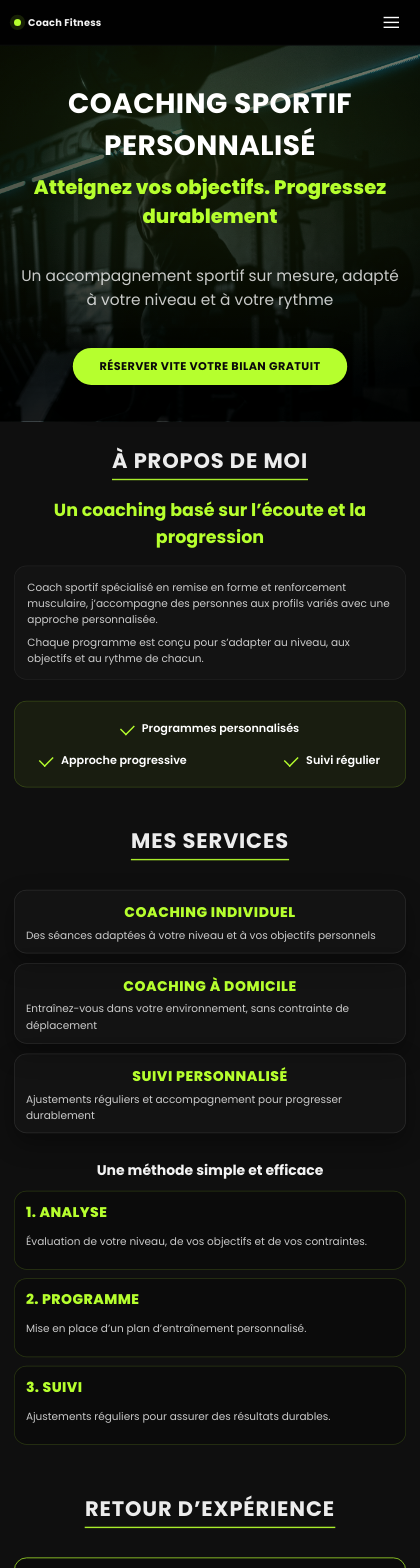
Repository: ThomasHdrd/CoachFitness
Page: index.html
The author's editor kept a copy of each file at every save. The page is drawn from the files as they stood at one save, then again after a run of saves.
The browser window is 600 px wide. The pictures show the part of the page from y = 0 to 2240 px (the page is 4085 px tall before and 4010 px after), at 70% of full size.

Above is the page before, as saved 2026-01-20 23:11:16.

### index.html
<!doctype html>
<html lang="fr">
<head>
  <meta charset="utf-8" />
  <meta name="viewport" content="width=device-width, initial-scale=1" />
  <title>Coach Fitness — Landing Page</title>

  <!-- Poppins -->
  <link rel="preconnect" href="https://fonts.googleapis.com">
  <link rel="preconnect" href="https://fonts.gstatic.com" crossorigin>
  <link href="https://fonts.googleapis.com/css2?family=Poppins:wght@300;400;500;600;700;800&display=swap" rel="stylesheet">

  <link rel="stylesheet" href="styles.css" />
</head>
<body>
  <!-- Header -->
  <header class="site-header" id="top">
    <div class="container header-inner">
      <a class="brand" href="#top" aria-label="Retour en haut">
        <span class="brand-dot" aria-hidden="true"></span>
        <span class="brand-text">Coach Fitness</span>
      </a>

      <button class="nav-toggle" aria-controls="site-nav" aria-expanded="false">
        <span class="sr-only">Ouvrir le menu</span>
        <span class="burger" aria-hidden="true"></span>
      </button>

      <nav class="site-nav" id="site-nav" aria-label="Navigation principale">
        <a class="nav-link" href="#accueil">Accueil</a>
        <a class="nav-link" href="#apropos">A propos</a>
        <a class="nav-link" href="#services">Services</a>
        <a class="nav-link" href="#avis">Avis</a>
        <a class="nav-link nav-cta" href="#contact">Contact</a>
      </nav>
    </div>
  </header>

  <main>
    <!-- HERO -->
    <section class="hero" id="accueil">
      <div class="hero-overlay" aria-hidden="true"></div>
      <div class="container hero-content">
        <p class="hero-kicker">Coaching sportif personnalisé</p>
        <h1 class="hero-title accent">Atteignez vos objectifs. Progressez durablement</h1>
        <p class="hero-subtitle">
          Un accompagnement sportif sur mesure, adapté à votre niveau et à votre rythme
        </p>
        <a class="btn btn-primary" href="#contact">RÉSERVER VITE VOTRE BILAN GRATUIT</a>
      </div>
    </section>

    <!-- A PROPOS -->
    <section class="section" id="apropos">
      <div class="container">
        <div class="section-title-wrapper">
            <h2 class="section-title">À propos de moi</h2>
        </div>
        <h3 class="section-lead accent">Un coaching basé sur l’écoute et la progression</h3>

        <div class="about-grid">
          <div class="about-text">
            <p class="muted">
              Coach sportif spécialisé en remise en forme et renforcement musculaire, j’accompagne des personnes aux profils variés
              avec une approche personnalisée.
            </p>
            <p class="muted">
              Chaque programme est conçu pour s’adapter au niveau, aux objectifs et au rythme de chacun.
            </p>
          </div>
        </div>
        <div class="about-list">
            <ul class="checks">
                <li>Programmes personnalisés</li>
                <li>Approche progressive</li>
                <li>Suivi régulier</li>
            </ul>
        </div>
      </div>
    </section>

    <!-- SERVICES -->
    <section class="section" id="services">
      <div class="container">
        <div class="section-title-wrapper">
            <h2 class="section-title">Mes services</h2>
        </div>

        <div class="cards">
          <article class="card">
            <h3 class="card-title accent">COACHING INDIVIDUEL</h3>
            <p class="card-text">Des séances adaptées à votre niveau et à vos objectifs personnels</p>
          </article>

          <article class="card">
            <h3 class="card-title accent">COACHING À DOMICILE</h3>
            <p class="card-text">Entraînez-vous dans votre environnement, sans contrainte de déplacement</p>
          </article>

          <article class="card">
            <h3 class="card-title accent">SUIVI PERSONNALISÉ</h3>
            <p class="card-text">Ajustements réguliers et accompagnement pour progresser durablement</p>
          </article>
        </div>

        <div class="method">
          <h3 class="method-title">Une méthode simple et efficace</h3>

          <div class="method-steps">
            <div class="step">
              <div class="step-num accent">1. ANALYSE</div>
              <p class="muted">Évaluation de votre niveau, de vos objectifs et de vos contraintes.</p>
            </div>
            <div class="step">
              <div class="step-num accent">2. PROGRAMME</div>
              <p class="muted">Mise en place d’un plan d’entraînement personnalisé.</p>
            </div>
            <div class="step">
              <div class="step-num accent">3. SUIVI</div>
              <p class="muted">Ajustements réguliers pour assurer des résultats durables.</p>
            </div>
          </div>
        </div>
      </div>
    </section>

    <!-- AVIS -->
    <section class="section" id="avis">
      <div class="container">
        <div class="section-title-wrapper">
            <h2 class="section-title">RETOUR D’EXPÉRIENCE</h2>
        </div>

        <div class="testimonials">
          <figure class="testimonial">
            <blockquote>
              “Un coaching structuré et motivant, avec une vraie progression dans le temps.”
            </blockquote>
            <figcaption>
              <span class="name">Elisa</span>
              <span class="meta">28 ans</span>
            </figcaption>
          </figure>

          <figure class="testimonial">
            <blockquote>
              “Approche sérieuse et adaptée, idéale pour reprendre le sport efficacement.”
            </blockquote>
            <figcaption>
              <span class="name">Laurent</span>
              <span class="meta">47 ans</span>
            </figcaption>
          </figure>
        </div>
      </div>
    </section>

    <!-- CONTACT -->
    <section class="section" id="contact">
      <div class="container">
        <div class="section-title-wrapper">
            <h2 class="section-title">CONTACTEZ-MOI</h2>
        </div>
        <p class="contact-text">
          Vous souhaitez démarrer un accompagnement ou poser une question ? N’hésitez pas à me contacter.
        </p>

        <form class="form" id="contactForm" novalidate>
          <div class="field">
            <label for="nom">Nom</label>
            <input id="nom" name="nom" type="text" autocomplete="family-name" required />
            <small class="error" data-error-for="nom"></small>
          </div>

          <div class="field">
            <label for="prenom">Prénom</label>
            <input id="prenom" name="prenom" type="text" autocomplete="given-name" required />
            <small class="error" data-error-for="prenom"></small>
          </div>

          <div class="field">
            <label for="email">Email</label>
            <input id="email" name="email" type="email" autocomplete="email" required />
            <small class="error" data-error-for="email"></small>
          </div>

          <div class="field">
            <label for="message">Message</label>
            <textarea id="message" name="message" rows="5" required></textarea>
            <small class="error" data-error-for="message"></small>
          </div>

          <button class="btn btn-primary btn-wide" type="submit">ENVOYER</button>
          <p class="form-note muted" id="formStatus" role="status" aria-live="polite"></p>
        </form>
      </div>
    </section>

    <!-- FAQ -->
    <section class="section" id="faq">
      <div class="container">
        <div class="section-title-wrapper">
            <h2 class="section-title">QUESTIONS FRÉQUENTES</h2>
        </div>

        <div class="faq">
          <details class="faq-item" open>
            <summary>À qui s’adresse le coaching ?</summary>
            <div class="faq-body muted">
              Le coaching s’adresse à toute personne souhaitant reprendre le sport, améliorer sa condition physique ou atteindre un objectif précis
              (remise en forme, renforcement musculaire, perte de poids, bien-être). Les programmes sont adaptés au niveau, au rythme et aux contraintes de chacun.
            </div>
          </details>

          <details class="faq-item">
            <summary>Faut-il déjà être sportif pour commencer ?</summary>
            <div class="faq-body muted">
              Non. Le coaching s’adapte à votre niveau actuel. La progression est construite étape par étape, avec une intensité ajustée.
            </div>
          </details>

          <details class="faq-item">
            <summary>Comment se déroule le suivi ?</summary>
            <div class="faq-body muted">
              Après une analyse de votre situation, un programme personnalisé est mis en place puis ajusté régulièrement selon vos retours et votre progression.
            </div>
          </details>

          <details class="faq-item">
            <summary>Le coaching se fait-il à domicile ou en salle ?</summary>
            <div class="faq-body muted">
              Les deux sont possibles. Le format dépend de vos préférences, de votre matériel et de vos contraintes de planning.
            </div>
          </details>

          <details class="faq-item">
            <summary>Le premier échange est-il gratuit ?</summary>
            <div class="faq-body muted">
              Oui. Le premier échange permet de comprendre votre besoin et de déterminer l’accompagnement le plus adapté, sans engagement.
            </div>
          </details>
        </div>
      </div>
    </section>
  </main>

  <!-- Footer -->
  <footer class="site-footer">
    <div class="container footer-inner">
      <p class="footer-tag muted">Coaching personnalisé • Progression durable • Bien-être</p>
      <p class="footer-copy muted">© 2026 Coach Sportif Indépendant • Tous droits réservés.</p>
    </div>
  </footer>

  <script src="app.js" defer></script>
</body>
</html>

### styles.css
:root{
  --bg: #0F0F0F;            /* demandé */
  --bar: rgba(0,0,0,.90);   /* header/footer */
  --accent: #B6FF2E;        /* demandé */
  --text: #FFFFFF;
  --muted: rgba(255,255,255,.78);
  --muted2: rgba(255,255,255,.62);
  --line: rgba(182,255,46,.38);
  --card: rgba(255,255,255,.04);
  --shadow: 0 16px 40px rgba(0,0,0,.45);
  --radius: 14px;
  --radius-lg: 18px;
  --max: 1300px;
}

*{ box-sizing: border-box; }
html{ scroll-behavior: smooth; }
body{
  margin:0;
  font-family: "Poppins", system-ui, -apple-system, Segoe UI, Roboto, Arial, sans-serif;
  background: var(--bg);
  color: var(--text);
}

.container{
  width:min(100% - 40px, var(--max));
  margin-inline:auto;
}

.sr-only{
  position:absolute;
  width:1px;height:1px;
  padding:0;margin:-1px;
  overflow:hidden;clip:rect(0,0,0,0);
  white-space:nowrap;border:0;
}

/* Header */
.site-header{
  position: sticky;
  top: 0;
  z-index: 50;
  background: var(--bar);
  backdrop-filter: blur(8px);
  border-bottom: 1px solid rgba(255,255,255,.06);
}

.header-inner{
  height: 64px;
  display:flex;
  align-items:center;
  justify-content:space-between;
  gap: 14px;
}

.brand{
  display:flex;
  align-items:center;
  gap:10px;
  text-decoration:none;
  color: var(--text);
  font-weight: 700;
  letter-spacing:.3px;
}
.brand-dot{
  width:10px;height:10px;
  border-radius:999px;
  background: var(--accent);
  box-shadow: 0 0 0 6px rgba(182,255,46,.12);
}
.brand-text{ font-size: 14px; opacity:.95; }

.site-nav{
  display:flex;
  align-items:center;
  gap: 18px;
}
.nav-link{
  color: var(--text);
  text-decoration:none;
  font-size: 13px;
  opacity: .88;
  transition: opacity .2s ease, color .2s ease;
  padding: 10px 6px;
}
.nav-link:hover{ opacity:1; color: var(--accent); }

.nav-cta{
  border: 1px solid rgba(182,255,46,.45);
  border-radius: 999px;
  padding: 10px 14px;
}
.nav-cta:hover{
  background: rgba(182,255,46,.10);
}

/* Mobile nav */
.nav-toggle{
  display:none;
  border:0;
  background: transparent;
  color: var(--text);
  padding: 10px;
  border-radius: 10px;
}
.nav-toggle:hover{ background: rgba(255,255,255,.06); }
.burger{
  width: 22px; height: 2px;
  display:block;
  background: var(--text);
  position: relative;
}
.burger::before,.burger::after{
  content:"";
  position:absolute;
  left:0;
  width:22px;height:2px;
  background: var(--text);
}
.burger::before{ top:-7px; }
.burger::after{ top:7px; }

/* Hero */
.hero{
  position: relative;
  min-height: 50vh;
  display:flex;
  align-items:center;
  padding: 52px 0;
  background:
    linear-gradient(180deg, rgba(0,0,0,.55), rgba(0,0,0,.88)),
    url("assets/hero.jpg") center/cover no-repeat;
  background-position: center 30%;
}
.hero-overlay{
  position:absolute;
  inset:0;
  background: radial-gradient(1200px 600px at 50% 25%, rgba(182,255,46,.10), transparent 60%);
  pointer-events:none;
}
.hero-content{
  position:relative;
  text-align:center;
}
.hero-kicker{
  margin:0 0 10px;
  font-size: 50px;
  letter-spacing: .6px;
  text-transform: uppercase;
  font-weight: bold;
}
.hero-title{
  margin: 0 auto;
  margin:0 0 10px;
}
.hero-title {
  font-size: 35px;
  display:block;
  color: var(--accent);
  font-weight: 800;
  text-transform:none;
  margin-top: 8px;
}
.hero-subtitle{
  margin: 16px auto 22px;
  padding-top: 30px;
  color: var(--muted);
  font-size: 22px;
  line-height: 1.55;
  padding-bottom: 30px;
}

/* Buttons */
.btn{
  display:inline-flex;
  align-items:center;
  justify-content:center;
  gap:10px;
  text-decoration:none;
  border: 0;
  cursor:pointer;
  font-weight: 700;
  letter-spacing: .6px;
  text-transform: uppercase;
  border-radius: 999px;
  padding: 14px 18px;
  box-shadow: var(--shadow);
}
.btn-primary{
  background: var(--accent);
  color: #0A0A0A;
  width: 70%;
}
.btn-primary:hover{
  background: transparent;
  border: 1px solid var(--accent);
  color: var(--accent);
  filter: brightness(.95);
}
.btn-wide{ width: 100%; margin-top: 10px; }

/* Sections */
.section{
  padding: 35px 0;
}
#apropos
{
  padding-bottom: 20px;
}

.section-title {
  text-align: justify;
  align-items: center;
  margin: 0 0 14px;
  font-size: 30px;
  letter-spacing: 1.2px;
  text-transform: uppercase;
  opacity: .92;
  padding-bottom: 10px;
  display: inline-block; /* Le titre prend uniquement la largeur du texte */
}

.section-title::after {
  content: "";
  display: block;
  width: 100%; /* La barre fait la largeur du texte */
  height: 2px;
  background-color: var(--accent);
  margin-top: 2px;
}

/* Conteneur pour centrer le titre inline-block */
.section-title-wrapper {
  text-align: center;
}
.section-lead{
  text-align:center;
  margin: 0 0 22px;
  font-size: 25px;
  font-weight: 700;
}
.accent{ color: var(--accent);}
.muted{ color: var(--muted); font-size: 15px;}
.muted2{ color: var(--muted2); }

/* About */
.about-grid{
  gap: 18px;
  align-items:start;
}
.about-text{
  background: rgba(255,255,255,.02);
  border: 1px solid rgba(255,255,255,.06);
  border-radius: var(--radius-lg);
  padding: 18px;
  margin-bottom: 30px;
}
.about-text p{ margin: 0 0 10px; }
.about-text p:last-child{ margin-bottom: 0; }

.checks{
  list-style: none;
  margin: 0;
  padding: 16px 18px;
  border-radius: var(--radius-lg);
  border: 1px solid rgba(182,255,46,.20);
  background: rgba(182,255,46,.06);
  display: flex;
  flex-wrap: wrap;
  gap: 20%;
  justify-content: space-around;
  align-items: center;
}
.checks li{
  position: relative;
  padding-left: 30px;
  margin: 10px 0;
  font-weight: 600;
}
.checks li::before{
  content:"";
  position:absolute;
  left:0; top: 6px;
  width: 16px; height: 10px;
  border-left: 2px solid var(--accent);
  border-bottom: 2px solid var(--accent);
  transform: rotate(-45deg);
}

/* Cards */
.cards{
  display:grid;
  gap: 14px;
  margin-top: 18px;
}
.card{
  background: rgba(255,255,255,.02);
  border: 1px solid rgba(255,255,255,.10);
  border-radius: var(--radius-lg);
  padding: 16px 16px 14px;
  box-shadow: 0 14px 34px rgba(0,0,0,.35);
}
.card-title{
  margin:0 0 6px;
  font-size: 20px;
  text-align: center;
  font-weight: 800;
  text-transform: uppercase;
  letter-spacing: .8px;
}
.card-text{
  margin:0;
  color: var(--muted);
  font-size: 15px;
  line-height: 1.55;
}

/* Method */
.method{
  margin-top: 26px;
  padding-top: 12px;
}
.method-title{
  text-align:center;
  margin: 0 0 14px;
  font-size: 20px;
  font-weight: 700;
  opacity: .95;
}
.method-steps{
  display:grid;
  gap: 12px;
}
.step{
  border: 1px solid rgba(182,255,46,.18);
  background: rgba(0,0,0,.25);
  border-radius: var(--radius-lg);
  padding: 14px 16px;
}
.step-num{
  font-weight: 800;
  letter-spacing: .6px;
  text-transform: uppercase;
  font-size: 20px;
  margin-bottom: 6px;
}

/* Testimonials */
.testimonials{
  display:grid;
  gap: 15px;
  margin-top: 18px;
}
.testimonial{
  margin:0;
  border: 1px solid #B6FF2E;
  background: rgba(0,0,0,.25);
  border-radius: var(--radius-lg);
  padding: 16px;
}
.testimonial blockquote{
  margin:0 0 10px;
  color: var(--text);
  font-weight: 600;
  line-height: 1.5;
}
.testimonial figcaption{
  display:flex;
  gap: 10px;
  align-items:baseline;
  color: var(--muted2);
  font-size: 15px;
}
.testimonial .name{ color: var(--text); font-weight: 700; }
.testimonial .meta{ opacity:.85; }

/* Form */
.contact-text{
  text-align: center;
  color: var(--muted);
  font-size: 20px;
}

.form{
  margin-top: 18px;
  border-radius: var(--radius-lg);
  border: 1px solid rgba(255,255,255,.08);
  background: rgba(0,0,0,.25);
  padding: 16px;
}
.field{ margin-bottom: 12px; }
label{
  display:block;
  font-size: 16px;
  font-weight: 700;
  letter-spacing: .4px;
  margin-bottom: 8px;
  color: var(--accent);
  text-transform: uppercase;
}
input, textarea{
  width:100%;
  font-family: inherit;
  font-size: 16px;
  color: #0A0A0A;
  background: #FFFFFF;
  border: 1px solid rgba(0,0,0,.12);
  border-radius: 10px;
  padding: 12px 12px;
  outline: none;
}
textarea{ resize: vertical; min-height: 110px; }
input:focus, textarea:focus{
  box-shadow: 0 0 0 4px rgba(182,255,46,.20);
  border-color: rgba(182,255,46,.55);
}
.error{
  display:block;
  min-height: 16px;
  margin-top: 6px;
  font-size: 12px;
  color: #FF6B6B;
}
.form-note{
  margin: 10px 0 0;
  font-size: 12px;
}

/* FAQ */
.faq{
  margin-top: 18px;
  border-radius: var(--radius-lg);
  overflow:hidden;
  border: 1px solid rgba(182,255,46,.16);
  background: rgba(0,0,0,.25);
}
.faq-item{
  border-top: 1px solid rgba(182,255,46,.12);
}
.faq-item:first-child{ border-top: 0; }
.faq-item summary{
  list-style:none;
  cursor:pointer;
  padding: 14px 16px;
  font-weight: 700;
  font-size: 18px;
  position: relative;
}
.faq-item summary::-webkit-details-marker{ display:none; }
.faq-item summary::after{
  content:"+";
  position:absolute;
  right: 16px;
  top: 10px;
  width: 28px; height: 28px;
  display:grid;
  place-items:center;
  border-radius: 999px;
  color: var(--accent);
  border: 1px solid rgba(182,255,46,.28);
  background: rgba(182,255,46,.08);
}
.faq-item[open] summary::after{ content:"–"; }
.faq-body{
  padding: 0 16px 16px;
  font-size: 14px;
  line-height: 1.6;
}

/* Footer */
.site-footer{
  background: var(--bar);
  border-top: 1px solid rgba(255,255,255,.06);
  padding: 18px 0;
}
.footer-inner{
  text-align:center;
  display:flex;
  justify-content: center;
  align-items: center;
  gap: 47%;
}
.footer-tag, .footer-copy{
  margin:0;
  font-size: 12px;
}

/* Responsive */
@media (min-width: 761px) and (max-width: 1024px){
  .hero-content{ text-align:center; }
  .hero-kicker{ font-size: 40px; }
  .hero-title{ font-size: 28px; }
  .about-grid{
    grid-template-columns: 1.2fr .8fr;
    gap: 18px;
  }
  .cards{
    grid-template-columns: repeat(3, 1fr);
  }
  .method-steps{
    grid-template-columns: repeat(3, 1fr);
  }
  .testimonials{
    grid-template-columns: repeat(2, 1fr);
  }
}

/* Mobile nav behavior */
@media (max-width: 760px){
  .nav-toggle{ display:inline-flex; }
    .hero-kicker{ font-size: 40px; }
  .hero-title{ font-size: 28px; }
  .site-nav{
    position: fixed;
    inset: 64px 12px auto 12px;
    background: rgba(0,0,0,.95);
    border: 1px solid rgba(255,255,255,.08);
    border-radius: 16px;
    padding: 12px;
    display:none;
    flex-direction: column;
    gap: 6px;
    box-shadow: 0 18px 50px rgba(0,0,0,.6);
  }
  .site-nav.is-open{ display:flex; }
  .nav-link{ width:100%; text-align:center; padding: 12px; }
  .nav-cta{ width:100%; }
}

### app.js
// Mobile menu toggle
const toggle = document.querySelector('.nav-toggle');
const nav = document.querySelector('#site-nav');

if (toggle && nav) {
  toggle.addEventListener('click', () => {
    const isOpen = nav.classList.toggle('is-open');
    toggle.setAttribute('aria-expanded', String(isOpen));
  });

  // Close menu on link click (mobile)
  nav.querySelectorAll('a').forEach(a => {
    a.addEventListener('click', () => {
      nav.classList.remove('is-open');
      toggle.setAttribute('aria-expanded', 'false');
    });
  });

  // Close on ESC
  document.addEventListener('keydown', (e) => {
    if (e.key === 'Escape') {
      nav.classList.remove('is-open');
      toggle.setAttribute('aria-expanded', 'false');
    }
  });
}

// FAQ: allow only one open at a time (optional premium behavior)
const faqItems = document.querySelectorAll('.faq-item');
faqItems.forEach((item) => {
  item.addEventListener('toggle', () => {
    if (item.open) {
      faqItems.forEach((other) => {
        if (other !== item) other.open = false;
      });
    }
  });
});

// Contact form validation (front only, demo)
const form = document.getElementById('contactForm');
const statusEl = document.getElementById('formStatus');

function setError(name, message) {
  const el = document.querySelector(`[data-error-for="${name}"]`);
  if (el) el.textContent = message || '';
}

function isEmail(v) {
  return /^[^\s@]+@[^\s@]+\.[^\s@]+$/.test(v);
}

if (form) {
  form.addEventListener('submit', (e) => {
    e.preventDefault();

    const data = new FormData(form);
    const nom = String(data.get('nom') || '').trim();
    const prenom = String(data.get('prenom') || '').trim();
    const email = String(data.get('email') || '').trim();
    const message = String(data.get('message') || '').trim();

    let ok = true;

    setError('nom', '');
    setError('prenom', '');
    setError('email', '');
    setError('message', '');
    if (statusEl) statusEl.textContent = '';

    if (!nom) { setError('nom', 'Veuillez renseigner votre nom.'); ok = false; }
    if (!prenom) { setError('prenom', 'Veuillez renseigner votre prénom.'); ok = false; }
    if (!email || !isEmail(email)) { setError('email', 'Veuillez renseigner un email valide.'); ok = false; }
    if (!message || message.length < 10) { setError('message', 'Veuillez écrire un message (min. 10 caractères).'); ok = false; }

    if (!ok) return;

    // Demo success
    form.reset();
    if (statusEl) statusEl.textContent = "Message envoyé (démo). Je reviens vers vous au plus vite.";
  });
}

After the next 2 saves:
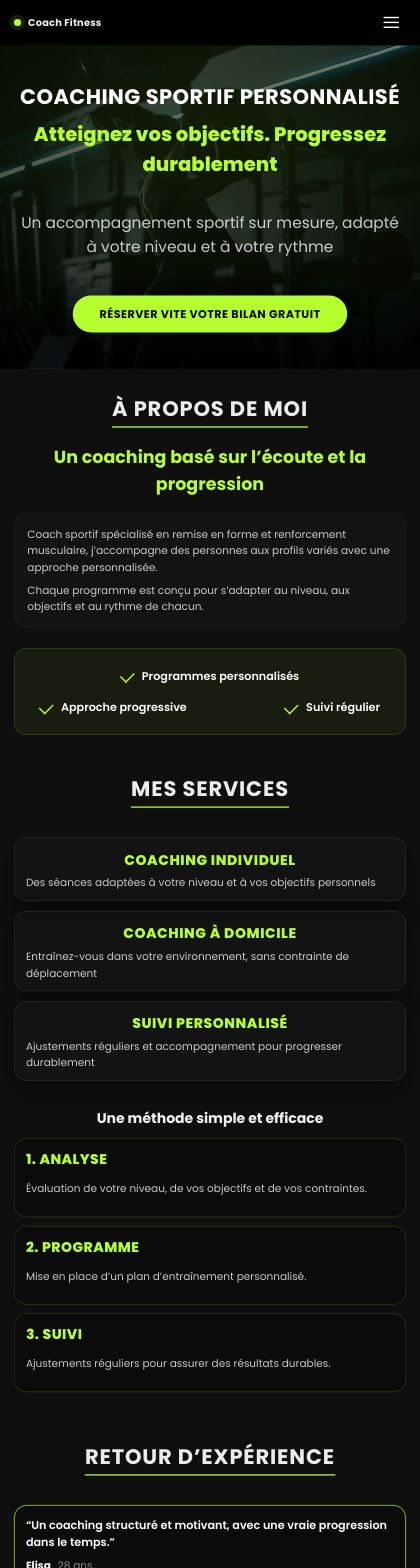
The 2 saves are shown as one change because they came seconds apart.
The last was saved 8 s later.
--- a/styles.css
+++ b/styles.css
@@ -508,7 +508,7 @@ input:focus, textarea:focus{
 /* Mobile nav behavior */
 @media (max-width: 760px){
   .nav-toggle{ display:inline-flex; }
-    .hero-kicker{ font-size: 40px; }
+  .hero-kicker{ font-size: 30px; }
   .hero-title{ font-size: 28px; }
   .site-nav{
     position: fixed;
